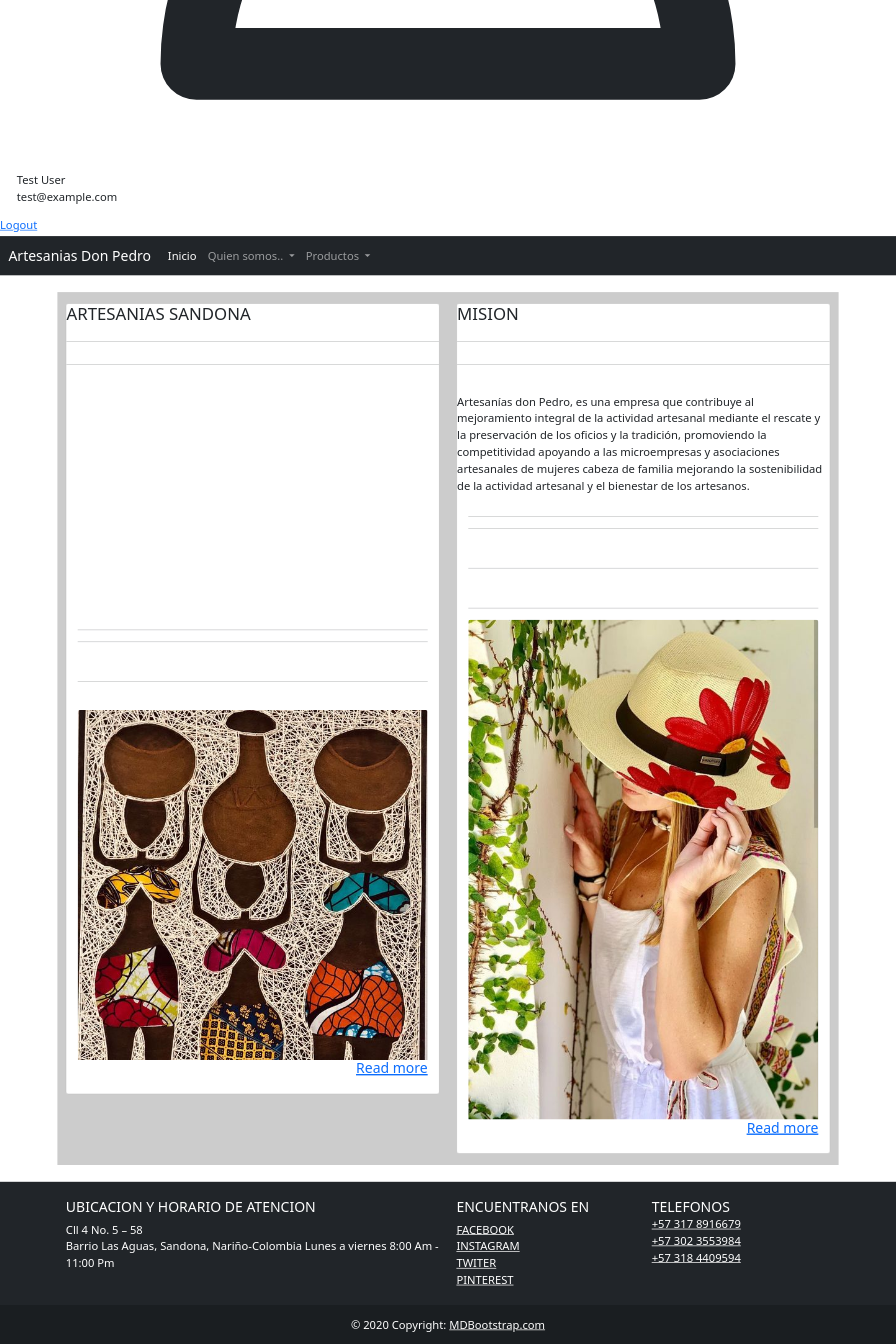
Repository: PG210/taller_artesania
Page: http://localhost/arte/mision
These files come from the project's save history. The page is drawn as it stood at one moment and after the next save; the edit follows.
The browser window is 1280 px wide. The pictures show the part of the page from y = 2506 to 4426 px (the page is 4426 px tall), at 70% of full size.
Pictures or frames that could not be fetched are drawn as grey boxes. The page is served by the project's Laravel application, run on PHP 8.4 with Laravel 8. A made-up administrator, Test User (test@example.com), is signed in.

Above is the page before, as saved 2021-01-14 16:17:54.

After the next save:
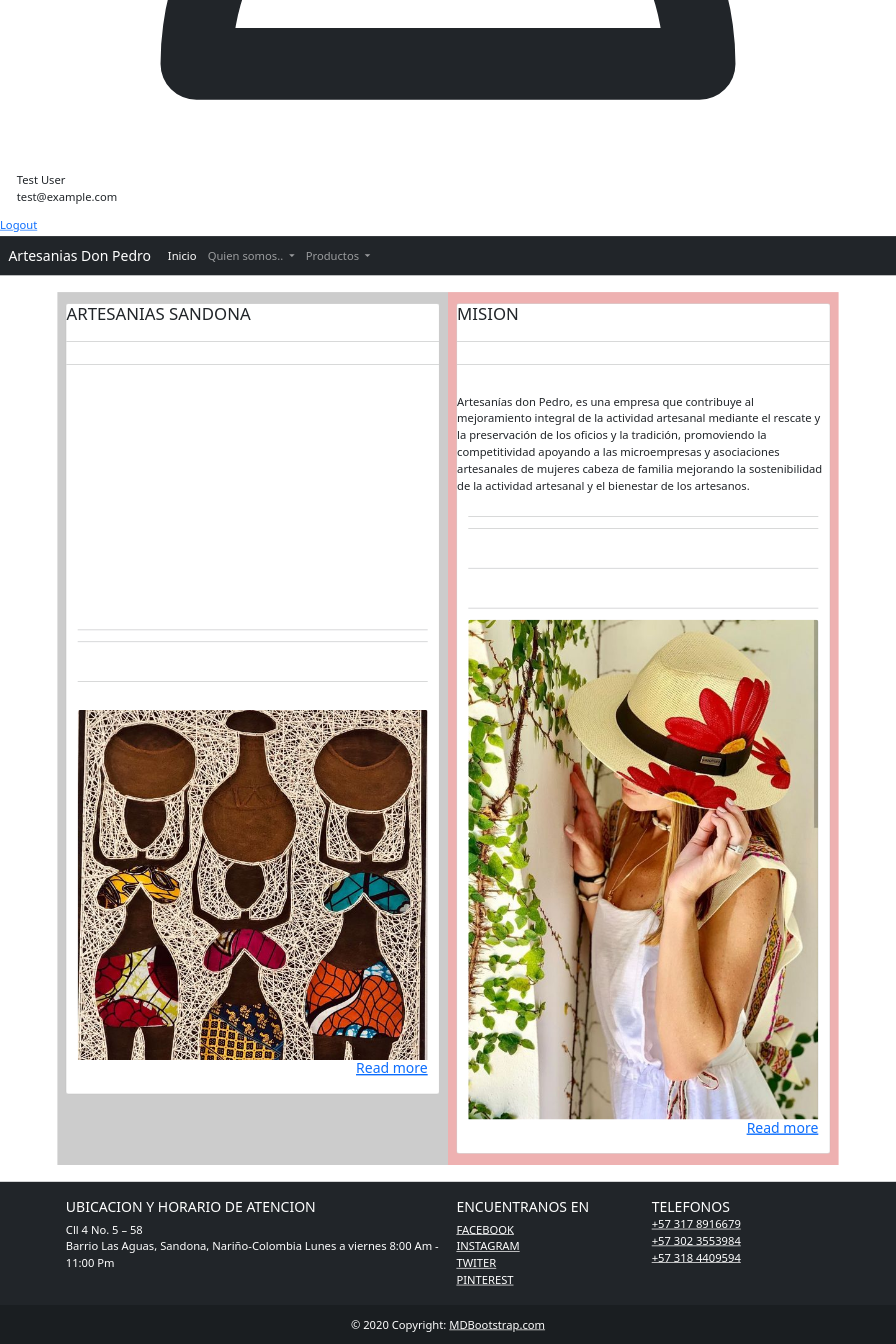
Saved 97 s later.
--- a/resources/views/arte/mision.blade.php
+++ b/resources/views/arte/mision.blade.php
@@ -71,7 +71,7 @@
 
 
         <!--tarjeta dos vision-->
-        <div class="col-lg-6" style="background-color:#ccc">
+        <div class="col-lg-6" style="background-color:rgb(238, 177, 177)">
 
             <p>
                 <!-- Card Dark -->
